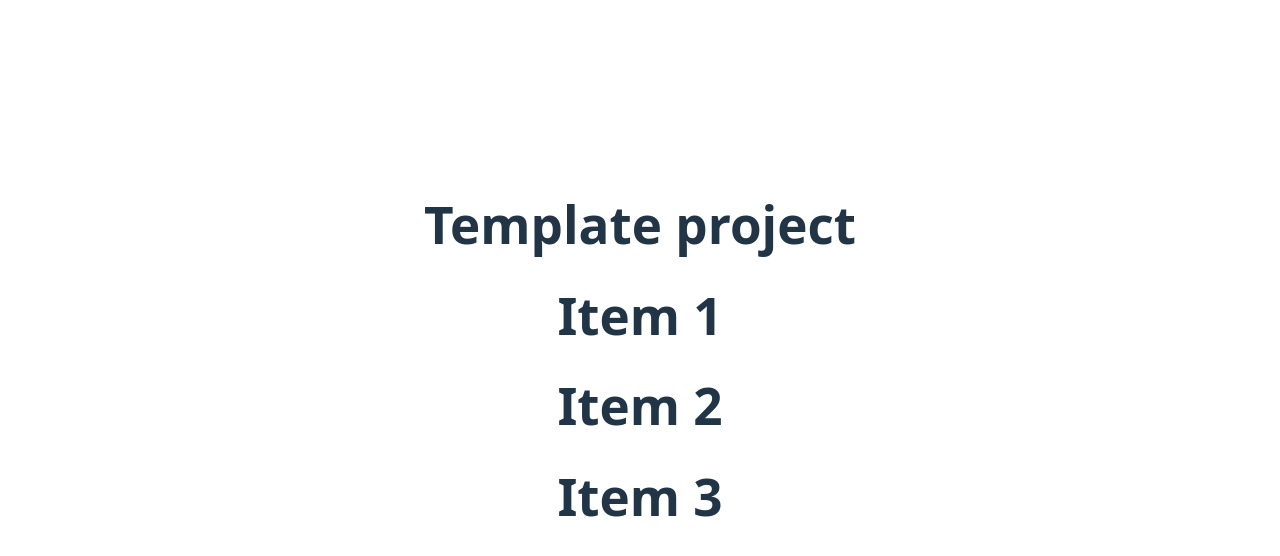
Repository: valentina2209/homeworks
Page: / (app in hw-03-teacher/)
An editor plug-in stored every save of this project. The page is shown before and after the next save, followed by the edit.
The browser window is 1280 px wide. The pictures show the whole page.
The project was rebuilt for these pictures with package versions that can differ from the ones it lists, and the page was loaded fresh each time. Also part of the build but not shown: hw-03-teacher/vite.config.js.

Above is the page before, as saved 2025-06-05 10:47:40.

After the next save:
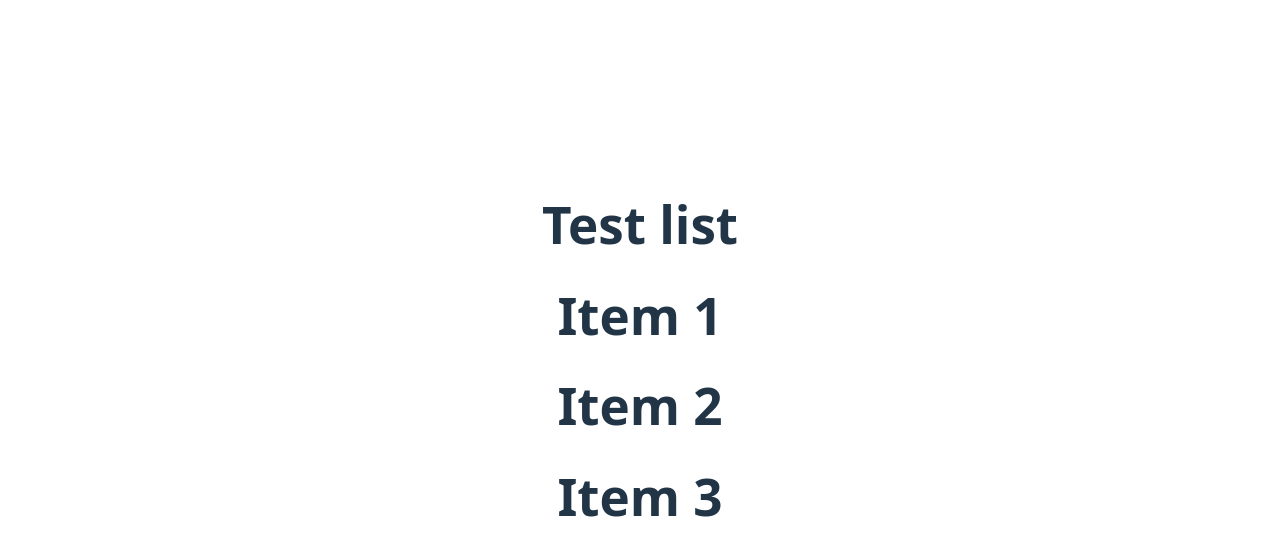
Saved 51 s later.
--- a/hw-03-teacher/src/App.jsx
+++ b/hw-03-teacher/src/App.jsx
@@ -4,12 +4,12 @@ function App() {
   return (
     <>
       <div>
-        <h1>Template project</h1>
+        <h1>Test list</h1>
         <div>
           {[
             <h1 key={1}>Item 1</h1>,
             <h1 key={2}>Item 2</h1>,
-            <h1 key={2}>Item 3</h1>,
+            <h1 key={3}>Item 3</h1>,
           ]}
         </div>
       </div>
